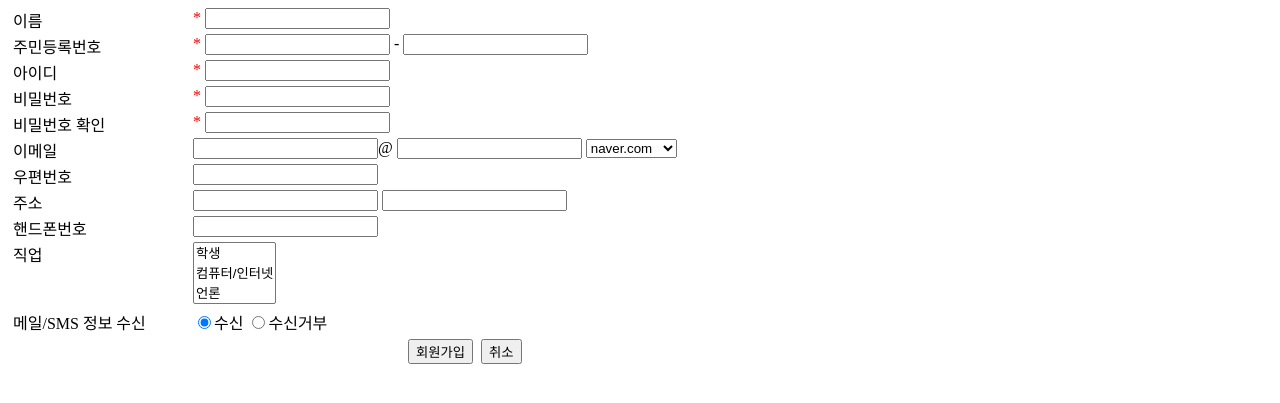
Repository: BartsimisraB/JavaPractice_
Page: http://localhost/JSPpractice2/Join.jsp
The author's editor kept a copy of each file at every save. The page is drawn from the files as they stood at one save, then again after the next save.
The browser window is 1280 px wide. The pictures show the whole page.
The page is served by Tomcat 9. Other server files are loaded and not shown.

Above is the page before, as saved 2023-01-12 06:53:50.

### JSPpractice2/src/main/webapp/Join.jsp
<%@ page language="java" contentType="text/html; charset=UTF-8"
    pageEncoding="UTF-8"%>
<!DOCTYPE html>
<html>
<head>
<meta charset="UTF-8">
<title>Insert title here</title>
    <link rel="stylesheet" href="./Join.css">
    <script defer src="Join.js"></script>
</head>
<body>
    <form name="fr" action = "JoinServlet" method = "get">
      <div>
        <label class="topic" for="name">이름</label><span>*</span> <input type="text" name="name"/>
      </div>
      <div>
        <label class="topic" for="pernum">주민등록번호</label><span>*</span> <input type="text" name="pernum" /> - <input type="password" name="pernum" />
      </div>
      <div>
        <label class="topic" for="id">아이디</label><span>*</span> <input type="text" name="id"/>
      </div>
      <div>
        <label class="topic" for="pw">비밀번호</label><span>*</span> <input type="password" name="pw" />
      </div>
      <div>
        <label class="topic" for="pwcheck">비밀번호 확인</label><span>*</span> <input type="password" name="pwcheck"/>
      </div>
      <div>
        <label class="topic">이메일</label>
        <input type="text" name="email1" id="email1"/>@
        <input type="text" name="email2" id="email2"/>
        <select name = "selectEmail" id="selectEmail" onChange="checkemail();">
         	<option value="1">직접 입력</option>
         	<option value="naver.com" selected>naver.com</option>
	 		<option value="hanmail.net">hanmail.net</option>
	 		<option value="nate.com">nate.com</option>
	 		<option value="gmail.com">gmail.com</option>
        </select>
      </div>
      <div>
        <label class="topic" for="addrnum">우편번호</label><input type="text" name="addrnum"/>
      </div>
      <div>
        <label class="topic" for="addr">주소</label><input type="text" name="addr" /> <input type="text" name="addr" />
      </div>
      <div>
        <label class="topic" for="phone">핸드폰번호</label><input type="text" name="phone" />
      </div>
      <div>
        <label class="topic" for="job">직업</label>
        <select id="job" name="job" size="3" >
            <option value="학생">학생</option>
            <option value="컴퓨터/인터넷">컴퓨터/인터넷</option>
            <option value="언론">언론</option>
        </select>
      </div>
      <div>
        <label class="topic" for="info">메일/SMS 정보 수신</label>
            <input type="radio" name="info" id="info" value="ok" checked/>수신
            <input type="radio" name="info" id="info" value="no" />수신거부
      </div>
        <input id="confirm" type="button" value="회원가입" onclick="checkform()">&nbsp;&nbsp;<input type="reset" value="취소">
    </form>
</body>
</html>

### JSPpractice2/src/main/webapp/Join.css
form > div{
    margin: 5px 5px;
}
form > div >span{
    color: red;
}
.topic{
    display: inline-block;
    width: 180px;
}
.topic, .topic > input{
    float: left;
}
input[type=button]{
	margin: 0px 0px 0px 400px;
}

Loaded but not shown: JSPpractice2/src/main/webapp/Join.js (no copy from this time; the picture is the same without it)

After the next save:
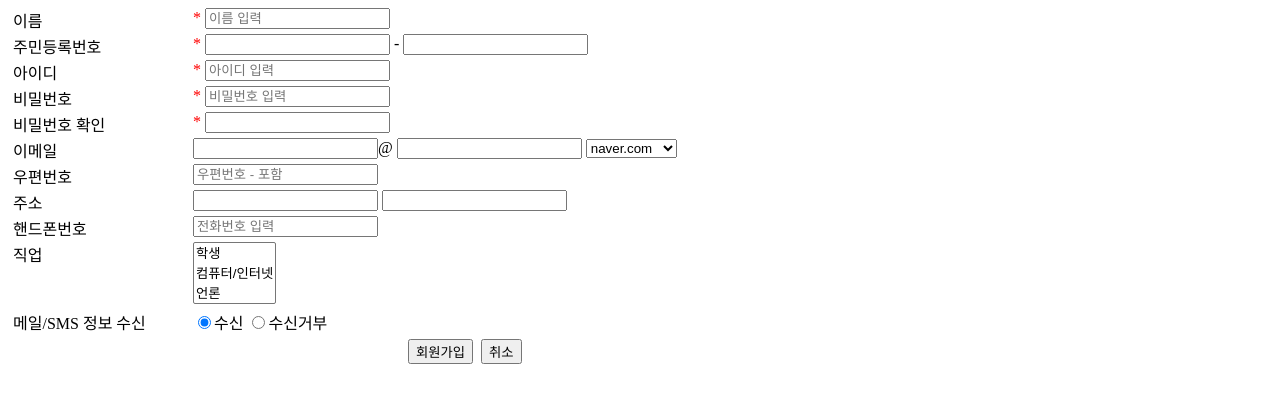
Saved 8 min 6 s later.
--- a/JSPpractice2/src/main/webapp/Join.jsp
+++ b/JSPpractice2/src/main/webapp/Join.jsp
@@ -11,16 +11,16 @@
 <body>
     <form name="fr" action = "JoinServlet" method = "get">
       <div>
-        <label class="topic" for="name">이름</label><span>*</span> <input type="text" name="name"/>
+        <label class="topic" for="name">이름</label><span>*</span> <input type="text" name="name" placeholder="이름 입력"/>
       </div>
       <div>
         <label class="topic" for="pernum">주민등록번호</label><span>*</span> <input type="text" name="pernum" /> - <input type="password" name="pernum" />
       </div>
       <div>
-        <label class="topic" for="id">아이디</label><span>*</span> <input type="text" name="id"/>
+        <label class="topic" for="id">아이디</label><span>*</span> <input type="text" name="id" placeholder="아이디 입력"/>
       </div>
       <div>
-        <label class="topic" for="pw">비밀번호</label><span>*</span> <input type="password" name="pw" />
+        <label class="topic" for="pw">비밀번호</label><span>*</span> <input type="password" name="pw" placeholder="비밀번호 입력"/>
       </div>
       <div>
         <label class="topic" for="pwcheck">비밀번호 확인</label><span>*</span> <input type="password" name="pwcheck"/>
@@ -38,13 +38,13 @@
         </select>
       </div>
       <div>
-        <label class="topic" for="addrnum">우편번호</label><input type="text" name="addrnum"/>
+        <label class="topic" for="addrnum">우편번호</label><input type="text" name="addrnum"placeholder="우편번호 - 포함"/>
       </div>
       <div>
         <label class="topic" for="addr">주소</label><input type="text" name="addr" /> <input type="text" name="addr" />
       </div>
       <div>
-        <label class="topic" for="phone">핸드폰번호</label><input type="text" name="phone" />
+        <label class="topic" for="phone">핸드폰번호</label><input type="text" name="phone" placeholder="전화번호 입력"/>
       </div>
       <div>
         <label class="topic" for="job">직업</label>
